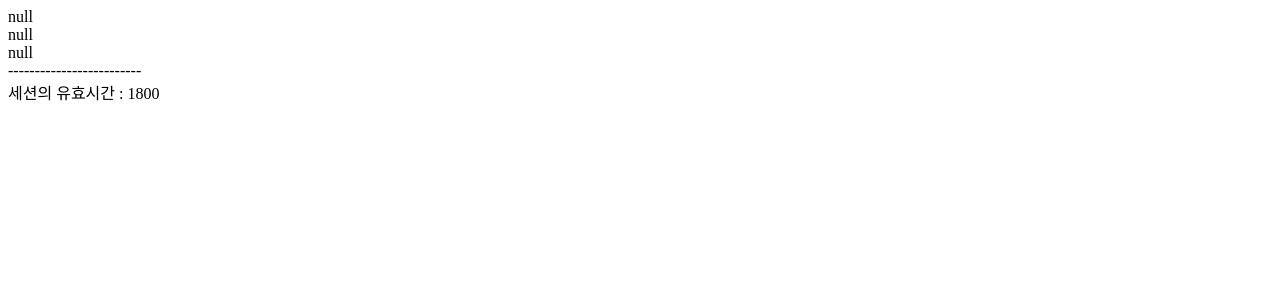
Repository: Yingjae/jsp_practice
Page: http://localhost/JSPBasic/JspObject/5.session/session_check.jsp
An editor plug-in stored every save of this project. The page is shown before and after the next save, followed by the edit.
The browser window is 1280 px wide. The pictures show the whole page.
The page is served by Tomcat 9.

Above is the page before, as saved 2022-02-08 01:07:37.

After the next save:
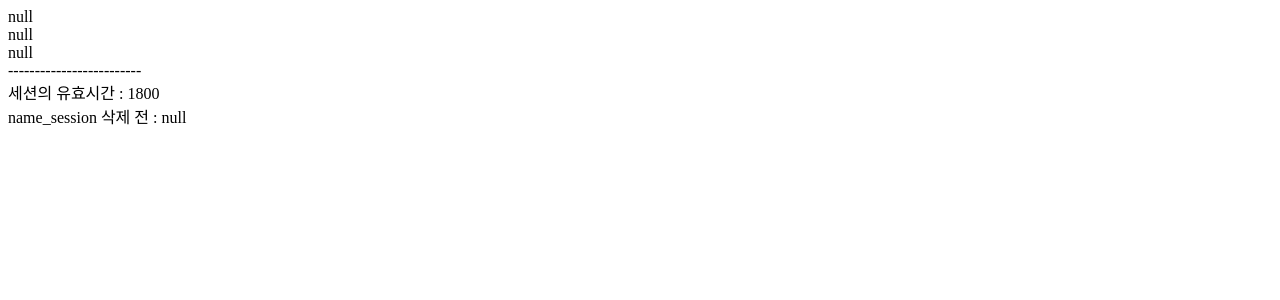
Saved 2 min 49 s later.
--- a/JSPBasic/src/main/webapp/JspObject/5.session/session_check.jsp
+++ b/JSPBasic/src/main/webapp/JspObject/5.session/session_check.jsp
@@ -24,6 +24,14 @@
 	// getMaxInactiveInterval()로 남은시간 조회 가능
 	int sTime = session.getMaxInactiveInterval();
 	out.println("세션의 유효시간 : " + sTime + "<br/>");
+
+	// 특정 세션 데이터만 삭제하기
+	name = (String)session.getAttribute("name_session");
+	out.println("name_session 삭제 전 : " + name + "<br/>");
+
+	// 특정한 세션만 삭제시는 .removeAttribute("세션이름"); 을 이용해 삭제합니다.
+	// name_session 삭제 후 삭제가 잘 되었는지 화면에 찍어서 확인까지 해보세요.
+	session.removeAttribute("name_session");
 %>
 <!DOCTYPE html>
 <html>
